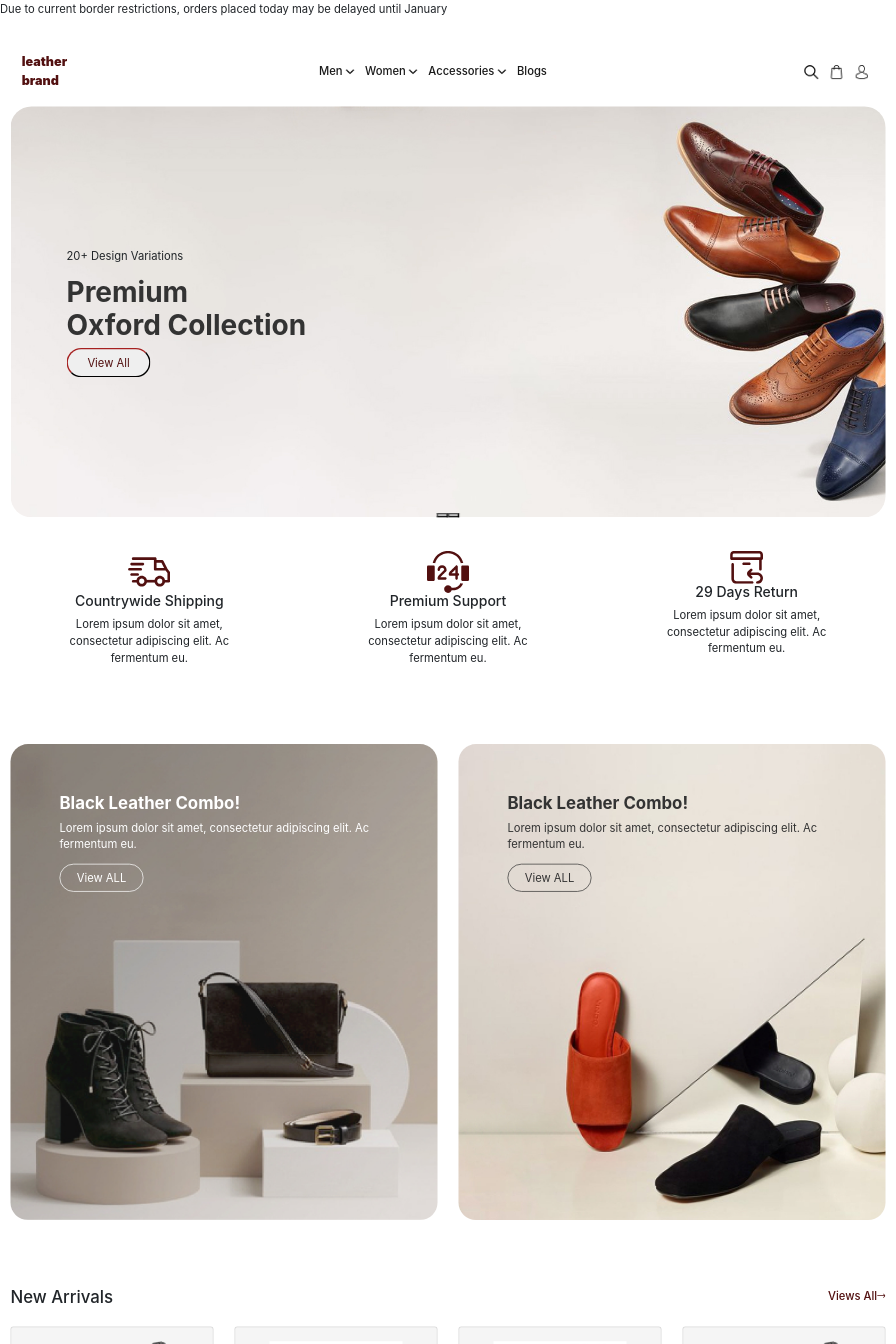
Repository: arif286/fashion-house
Page: /
The author's editor kept a copy of each file at every save. The page is drawn from the files as they stood at one save, then again after the next save.
The browser window is 1280 px wide. The pictures show the part of the page from y = 0 to 1920 px (the page is 3873 px tall), at 70% of full size.
The project was rebuilt for these pictures with package versions that can differ from the ones it lists, and the page was loaded fresh each time. The framework's server and built-in components were replaced by stand-ins that run in the browser. Also part of the build but not shown: nuxt.config.js, components/Footer.vue, components/NuxtLogo.vue, components/Tutorial.vue.

Above is the page before, as saved 2021-07-12 10:19:19.

### components/Contact.vue
<template>
  <div class="container mb-5">
    <div class="row contact-bg">
      <div class="contact mt-5 mb-5">
        <h3>Stay on track</h3>
        <p>
          Sign up to our newsletter to stay up to date with the latest news,
          products and events from Leatherex.
        </p>
        <div class="subscribe">
          <input class="email" type="text" placeholder="Your Email Address" />
          <input class="sub-btn" type="button" value="Subscribe!" />
        </div>
      </div>
    </div>
  </div>
</template>
<style scoped>
.contact-bg {
  background-image: url('@/assets/Images/newsletter.png');
  background-repeat: no-repeat;
  background-size: cover;
  background-position: bottom;
  border-radius: 25px;
}
.contact {
  margin-left: 50px;
}
.contact h3 {
  color: #521010;
  font-weight: 800;
}
.contact p {
  width: 345px;
  color: #333333;
}
.subscribe {
  width: 430px;
  display: flex;
  position: relative;
}
.subscribe .email {
  outline: none;
  border: 1px solid #521010;
  padding: 10px;
  border-radius: 30px;
  width: 100%;
}
.sub-btn {
  background: #521010;
  border-radius: 30px;
  padding: 9px 20px;
  position: absolute;
  right: 0;
  color: white;
}
@media only screen and (min-width: 320px) and (max-width: 560px) {
  .subscribe {
    width: 300px;
  }
  .contact p {
    width: 300px;
  }
  .contact {
    margin-left: 0px;
    padding: 10px;
  }
}
</style>

### components/DisplayCollection.vue
<template>
  <div class="container mb-5">
    <div class="row">
      <div class="col-md-6 col-sm-12 col-12">
        <div class="row">
          <div class="col-12 pb-4">
            <div
              class="men-collection all-collection d-flex align-items-center"
            >
              <div class="collection-content">
                <h3>Mens</h3>
                <p>Collection</p>
              </div>
            </div>
          </div>
          <div class="col-12 pb-4">
            <div
              class="women-collection all-collection d-flex align-items-center"
            >
              <div class="collection-content">
                <h3>Women's</h3>
                <p>Collection</p>
              </div>
            </div>
          </div>
        </div>
      </div>
      <div class="col-md-6 col-sm-12 col-12">
        <div class="accessories all-collection d-flex align-items-center">
          <div class="collection-content">
            <h3>Accessories</h3>
            <p>Collection</p>
          </div>
        </div>
      </div>
    </div>
  </div>
</template>

<script></script>

<style scoped>
.men-collection {
  background-image: url('@/assets/Images/mens.png');
  height: 300px;
}
.women-collection {
  background-image: url('@/assets/Images/women.png');
  height: 300px;
}
.accessories {
  background-image: url('@/assets/Images/accessories.png');
  height: 623px;
}
.all-collection {
  background-repeat: no-repeat;
  background-position: bottom;
  background-size: cover;
  border-radius: 15px;
}
.collection-content {
  margin-left: 60px;
}
.collection-content h3 {
  color: white;
  font-weight: 500;
}
.collection-content p {
  color: white;
}
@media only screen and (min-width: 320px) and (max-width: 767px) {
  .accessories {
    height: 300px;
  }
}
</style>

### components/Nav.vue
<template>
  <div>
    <header>
      <p class="top-header">
        Due to current border restrictions, orders placed today may be delayed
        until January
      </p>
    </header>
    <nav class="navbar container navbar-expand-lg navbar-light mb-3">
      <div class="container-fluid">
        <div class="nav-title">
          <span>leather</span>
          <br />
          <span>brand</span>
        </div>
        <button
          class="navbar-toggler"
          type="button"
          data-bs-toggle="collapse"
          data-bs-target="#navbarSupportedContent"
          aria-controls="navbarSupportedContent"
          aria-expanded="false"
          aria-label="Toggle navigation"
        >
          <span class="navbar-toggler-icon"></span>
        </button>
        <div id="navbarSupportedContent" class="collapse navbar-collapse">
          <div class="d-flex justify-content-center w-100">
            <ul class="navbar-nav mb-2 mb-lg-0">
              <li class="nav-item">
                <a class="nav-link active" href="#"
                  >Men
                  <img
                    class="down-arrow"
                    :src="require('@/assets/Images/down-arrow.png')"
                    alt=""
                /></a>
              </li>
              <li class="nav-item">
                <a class="nav-link active" href="#"
                  >Women
                  <img
                    class="down-arrow"
                    :src="require('@/assets/Images/down-arrow.png')"
                    alt=""
                /></a>
              </li>
              <li class="nav-item">
                <a class="nav-link active" href="#">
                  Accessories
                  <img
                    class="down-arrow"
                    :src="require('@/assets/Images/down-arrow.png')"
                    alt=""
                  />
                </a>
              </li>
              <li class="nav-item">
                <a class="nav-link active" href="#">Blogs</a>
              </li>
            </ul>
          </div>
          <div class="ml-auto">
            <ul class="navbar-nav mb-2 mb-lg-0">
              <li class="nav-item">
                <a class="nav-link active" aria-current="page" href="#"
                  ><img
                    class="nav-icon"
                    :src="require('@/assets/Images/search.png')"
                    alt=""
                /></a>
              </li>
              <li class="nav-item">
                <a class="nav-link" href="#"
                  ><img
                    class="nav-icon"
                    :src="require('@/assets/Images/nav-bag.png')"
                    alt=""
                /></a>
              </li>
              <li class="nav-item">
                <a class="nav-link active" href="#">
                  <img
                    class="nav-icon"
                    :src="require('@/assets/Images/avatar.png')"
                    alt=""
                  />
                </a>
              </li>
            </ul>
          </div>
        </div>
      </div>
    </nav>
  </div>
</template>

<script></script>
<style scoped>
.nav-title {
  color: #521010;
  font-weight: 900;
  font-size: 18px;
}
.nav-title:hover {
  color: #521010;
  font-weight: bold;
}
.nav-item a {
  color: #000;
}
.nav-icon {
  width: 20px;
}
.nav-link {
  font-weight: 500;
}
.down-arrow {
  width: 12px;
}
.top-header {
  height: 50px;
}
</style>

### components/NewCollection.vue
<template>
  <div class="container mb-5">
    <div class="row">
      <div
        v-for="item in collections"
        :key="item.id"
        class="col-md-6 col-12 mb-5"
      >
        <div class="card-content" :class="item.class">
          <div class="card-body product-details">
            <h4>{{ item.title }}</h4>
            <p>{{ item.text }}</p>
            <button>View ALL</button>
          </div>
        </div>
      </div>
    </div>
  </div>
</template>
<script>
export default {
  props: {
    collections: {
      type: Array,
      required: true,
    },
  },
}
</script>
<style>
.newArrival {
  background-image: url('@/assets/Images/newarrivals1.png');
}
.promo {
  background-image: url('@/assets/Images/promo.png');
}
.card-content {
  background-repeat: no-repeat;
  background-size: cover;
  height: 680px;
  border-radius: 25px;
  background-position: bottom;
}
.product-details {
  padding: 70px;
}
.product-details button {
  border-radius: 30px;
  width: 120px;
  padding: 7px 15px;
  border: 1px solid #333333;
  color: #333333;
  background: none;
}
.product-details h4 {
  color: #333333;
  font-weight: 700;
}
.product-details p {
  color: #333333;
}
.newArrival h4 {
  color: white;
}
.newArrival p {
  color: white;
}
.newArrival button {
  border: 1px solid white;
  color: white;
}
@media only screen and (min-width: 320px) and (max-width: 425px) {
  .product-details {
    padding: 30px 0px 0px 20px;
  }
  .card-content {
    height: 450px;
  }
}
</style>

### components/Products.vue
<template>
  <div class="container mb-5">
    <div class="d-flex justify-content-between pb-3">
      <h4>{{ title }}</h4>
      <a class="view-product" href="">
        <p class="d-flex">
          <span>Views All</span>
          <img :src="require('@/assets/Images/right-arrow.svg')" alt="" />
        </p>
      </a>
    </div>

    <div class="row">
      <div
        v-for="item in products"
        :key="item.id"
        class="col-12 col-sm-6 col-lg-3 mb-4"
      >
        <div class="card h-100">
          <div class="card-body">
            <div class="d-flex justify-content-center position-relative">
              <span class="heart"
                ><img :src="require('@/assets/Images/heart.png')" alt=""
              /></span>
              <img
                class="product-img"
                :src="require(`@/assets/Images/${item.image}`)"
                alt=""
              />
            </div>
            <h3>{{ item.title }}</h3>
            <p class="price">৳ {{ item.price }}</p>
            <div class="d-flex justify-content-between">
              <p>
                <span>
                  <img
                    class="rating"
                    :src="require('@/assets/Images/star.png')"
                    alt=""
                  />
                </span>
                <span>
                  <img
                    class="rating"
                    :src="require('@/assets/Images/star.png')"
                    alt=""
                  />
                </span>
                <span>
                  <img
                    class="rating"
                    :src="require('@/assets/Images/star.png')"
                    alt=""
                  />
                </span>
                <span>
                  <img
                    class="rating"
                    :src="require('@/assets/Images/star2.png')"
                    alt=""
                  />
                </span>
              </p>
              <button class="shopping-btn">
                <img :src="require('@/assets/Images/bag.png')" alt="" />
              </button>
            </div>
          </div>
        </div>
      </div>
    </div>
  </div>
</template>
<script>
export default {
  props: {
    products: {
      type: Array,
      required: true,
    },
    title: {
      type: String,
      required: true,
    },
  },
}
</script>

<style scoped>
.product-img {
  width: 190px;
  height: 184px;
}
.card {
  background-color: #f5f5f5;
}
.view-product {
  color: #521010;
  font-weight: 500;
}
.view-product p img {
  width: 12px;
}
.price {
  color: #521010;
  font-weight: 700;
}
.shopping-btn {
  background-color: #521010;
  padding: 5px 8px;
  border-radius: 5px;
}
.shopping-btn img {
  width: 25px;
  height: 25px;
}
.rating {
  width: 18px;
}
.heart {
  display: inline-block;
  position: absolute;
  left: 5px;
}
.heart img {
  width: 20px;
}
</style>

### components/Service.vue
<template>
  <div class="container mb-5">
    <div class="row">
      <div
        v-for="service in services"
        :key="service.id"
        class="col-md-4 col-12 mb-5"
      >
        <div class="d-flex justify-content-center">
          <div class="service-box text-center">
            <img :src="require(`@/assets/Images/${service.image}`)" alt="" />
            <h5>{{ service.title }}</h5>
            <p>{{ service.text }}</p>
          </div>
        </div>
      </div>
    </div>
  </div>
</template>

<script>
export default {
  props: {
    services: { type: Array, required: true },
  },
}
</script>
<style>
.service-box {
  width: 250px;
}
</style>

### components/Slider.vue
<template>
  <div class="container mb-5">
    <div
      id="carouselExampleIndicators"
      class="carousel slide"
      data-bs-ride="carousel"
    >
      <div class="carousel-indicators">
        <button
          type="button"
          data-bs-target="#carouselExampleIndicators"
          data-bs-slide-to="0"
          class="active"
          aria-current="true"
          aria-label="Slide 1"
        ></button>
        <button
          type="button"
          data-bs-target="#carouselExampleIndicators"
          data-bs-slide-to="1"
          aria-label="Slide 2"
        ></button>
      </div>
      <div class="carousel-inner">
        <div class="carousel-item active d-flex align-items-center">
          <div class="slider-content">
            <p>20+ Design Variations</p>
            <h1>
              Premium
              <br />
              Oxford Collection
            </h1>
            <button>View All</button>
          </div>
        </div>
        <div class="carousel-item">
          <div class="slider-content">
            <p>20+ Design Variations</p>
            <h1>
              Premium
              <br />
              Oxford Collection
            </h1>
            <button>View All</button>
          </div>
        </div>
      </div>
    </div>
  </div>
</template>

<script></script>
<style>
.carousel-item {
  background-image: url('@/assets/Images/hero1.png');
  background-repeat: no-repeat;
  width: 100%;
  background-size: cover;
  height: 587px;
  border-radius: 30px;
}
.slider-content {
  margin-left: 80px;
}
.slider-content h1 {
  color: #333333;
  font-weight: 700;
}
.slider-content button {
  border-radius: 30px;
  width: 120px;
  padding: 7px 15px;
  border-color: #521010;
  color: #521010;
}
@media only screen and (min-width: 320px) and (max-width: 450px) {
  .carousel-item {
    height: 400px;
  }
  .slider-content {
    margin-left: 20px;
  }
}
</style>

### pages/index.vue
<template>
  <div>
    <Nav />
    <Slider />
    <Service :services="serviceData" />
    <NewCollection :collections="collections" />
    <Products title="New Arrivals" :products="products" />
    <DisplayCollection />
    <Products title="Best Sellers" :products="products" />
    <Contact />
  </div>
</template>

<script>
import { serviceData, newCollectionData, productsData } from '@/assets/data.js'
export default {
  data() {
    return {
      serviceData,
      collections: newCollectionData,
      products: productsData,
    }
  },
}
</script>
<style>
@import url('https://fonts.googleapis.com/css2?family=Roboto:ital,wght@0,100;0,300;0,400;0,500;0,700;0,900;1,100;1,300;1,400;1,500;1,700;1,900&display=swap');

.body {
  font-family: 'Roboto', sans-serif;
}
.container {
  max-width: 1880px;
}
</style>

### assets/data.js
export const serviceData = [
  {
    id: 1,
    image: 'delivery.svg',
    title: 'Countrywide Shipping',
    text: 'Lorem ipsum dolor sit amet, consectetur adipiscing elit. Ac fermentum eu.',
  },
  {
    id: 2,
    image: 'call-center.svg',
    title: 'Premium Support',
    text: 'Lorem ipsum dolor sit amet, consectetur adipiscing elit. Ac fermentum eu.',
  },
  {
    id: 3,
    image: 'return.svg',
    title: '29 Days Return',
    text: 'Lorem ipsum dolor sit amet, consectetur adipiscing elit. Ac fermentum eu.'
  }
]

export const newCollectionData = [
  {
    id: 2,
    class: 'newArrival',
    title: 'Black Leather Combo!',
    text: 'Lorem ipsum dolor sit amet, consectetur adipiscing elit. Ac fermentum eu.',
  },
  {
    id: 3,
    class: 'promo',
    title: 'Black Leather Combo!',
    text: 'Lorem ipsum dolor sit amet, consectetur adipiscing elit. Ac fermentum eu.',
  }
]

export const productsData = [
  {
    id: 1,
    image: 'boot.png',
    title: 'Black Leather Boots',
    price: 4499,
    rating: 4,
  },
  {
    id: 2,
    image: 'image1.png',
    title: "Men's Chelsea Boots",
    price: 3699,
    rating: 3,
  },
  {
    id: 3,
    image: 'image2.png',
    title: 'Casual Men Loafers',
    price: 2599,
    rating: 4,
  },
  {
    id: 4,
    image: 'boot.png',
    title: 'Black Leather Boots',
    price: 3699,
    rating: 5,
  },
]

After the next save:
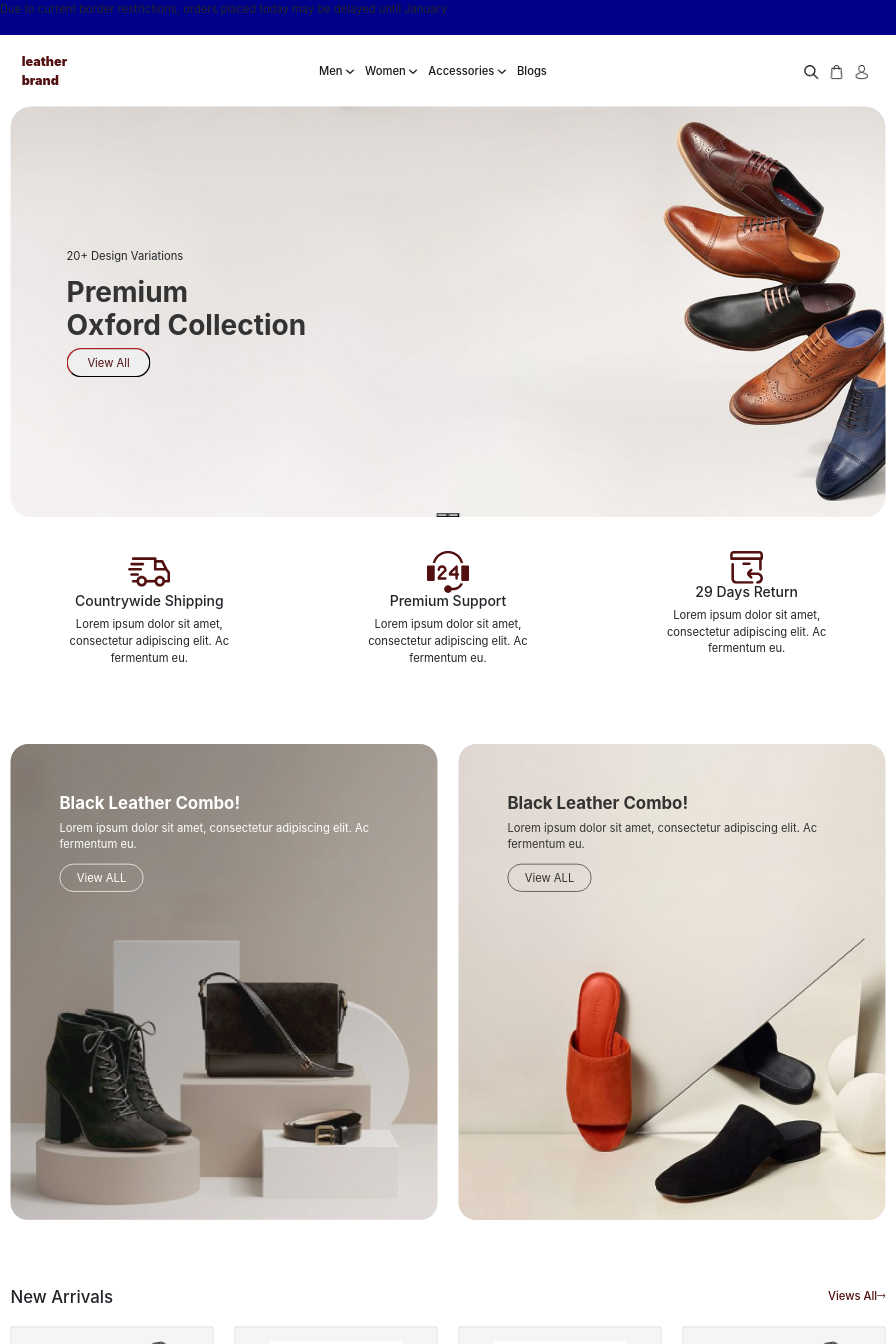
Saved 19 s later.
--- a/components/Nav.vue
+++ b/components/Nav.vue
@@ -120,5 +120,6 @@
 }
 .top-header {
   height: 50px;
+  background-color: darkblue;
 }
 </style>
